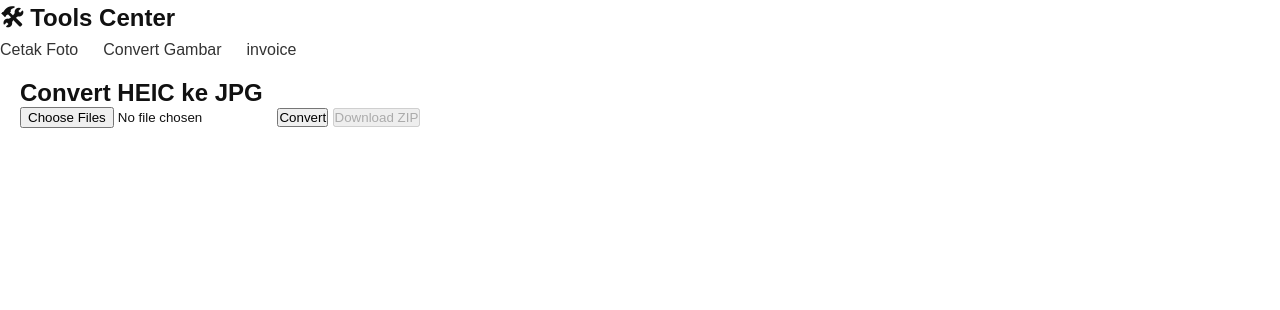
Repository: procinema22/hiisedulurfc
Page: hesedulur-main/convert-image.html
The author's editor kept a copy of each file at every save. The page is drawn from the files as they stood at one save, then again after the next save.
The browser window is 1280 px wide. The pictures show the whole page.

Above is the page before, as saved 2026-04-23 23:10:44.

After the next save:
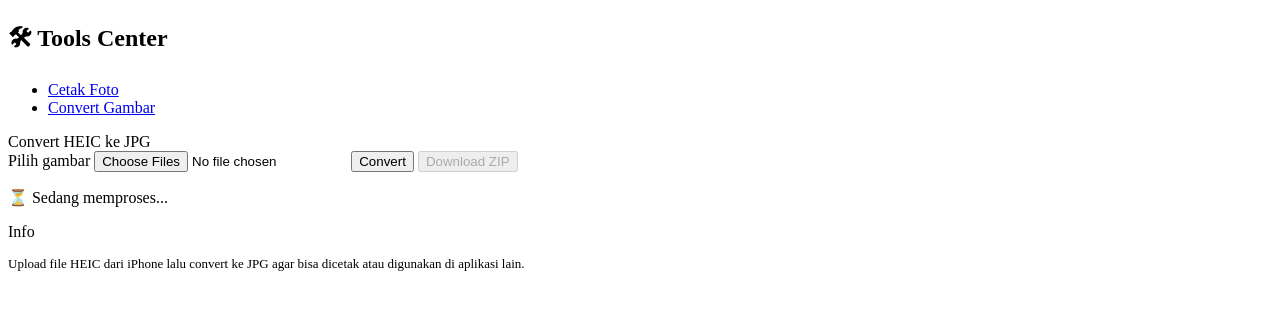
Not found: hesedulur-main/convert.css
Not found: hesedulur-main/convert.js
Saved 23 s later.
--- a/hesedulur-main/convert-image.html
+++ b/hesedulur-main/convert-image.html
@@ -1,116 +1,76 @@
 <!DOCTYPE html>
 <html lang="id">
+
 <head>
 <meta charset="UTF-8">
 <title>Convert HEIC ke JPG</title>
-<link rel="stylesheet" href="style.css">
-
-<style>
-.convert-box{
-  padding:20px;
-}
-.preview-grid{
-  display:grid;
-  grid-template-columns:repeat(auto-fill,150px);
-  gap:12px;
-  margin-top:20px;
-}
-.card{
-  background:#111d38;
-  padding:10px;
-  border-radius:10px;
-}
-.card img{
-  width:100%;
-  border-radius:6px;
-}
-#loadingImg{
-  display:none;
-  margin-top:10px;
-  color:#22c55e;
-}
-</style>
+<link rel="stylesheet" href="convert.css">
 </head>
 
 <body>
 
-<nav class="navbar">
-  <div class="nav-container">
-    <h1 class="logo">🛠 Tools Center</h1>
-    <ul class="nav-links">
+<header>
+
+  <div class="logo">
+    <h2>🛠 Tools Center</h2>
+  </div>
+
+  <nav>
+    <ul>
       <li><a href="index.html">Cetak Foto</a></li>
       <li><a href="convert-image.html">Convert Gambar</a></li>
-      <li><a href="invoice/invoce.html">invoice</a></li>
     </ul>
-  </div>
-</nav>
+  </nav>
+
+</header>
+
 
 <div class="layout">
+
+  <!-- LEFT PANEL -->
   <aside class="left-panel convert-box">
-      <h2>Convert HEIC ke JPG</h2>
+
+      <div class="section-title">Convert HEIC ke JPG</div>
+
+      <label>Pilih gambar</label>
       <input type="file" id="imgInput" multiple accept=".heic,.heif,image/*">
+
       <button id="convertImg" class="btn green">Convert</button>
       <button id="zipImg" class="btn purple" disabled>Download ZIP</button>
+
       <p id="loadingImg">⏳ Sedang memproses...</p>
+
   </aside>
 
+
+  <!-- CENTER PANEL -->
   <section class="center-panel">
+
       <div class="preview-grid" id="resultImg"></div>
+
   </section>
+
+
+  <!-- RIGHT PANEL (kosong supaya layout tidak rusak) -->
+  <aside class="right-panel">
+
+      <div class="section-title">Info</div>
+
+      <p style="font-size:13px;color:var(--muted);line-height:1.6">
+      Upload file HEIC dari iPhone lalu convert ke JPG agar bisa dicetak
+      atau digunakan di aplikasi lain.
+      </p>
+
+  </aside>
+
 </div>
+
 
 <script src="https://cdn.jsdelivr.net/npm/heic2any/dist/heic2any.min.js"></script>
 <script src="https://cdn.jsdelivr.net/npm/jszip"></script>
 <script src="https://cdn.jsdelivr.net/npm/file-saver"></script>
 
-<script>
-let convertedImgs = [];
-
-document.getElementById("convertImg").onclick = async ()=>{
- let files = document.getElementById("imgInput").files;
- let result = document.getElementById("resultImg");
- let loading = document.getElementById("loadingImg");
- let zipBtn = document.getElementById("zipImg");
-
- if(!files.length) return alert("Pilih gambar dulu");
-
- result.innerHTML = "";
- convertedImgs = [];
- loading.style.display="block";
-
- for(let f of files){
-   try{
-     const blob = await heic2any({ blob:f, toType:"image/jpeg", quality:0.9 });
-     const url = URL.createObjectURL(blob);
-     const fileName = f.name.replace(/\.heic/gi,"") + ".jpg";
-
-     convertedImgs.push({name:fileName, blob});
-
-     result.innerHTML += `
-       <div class="card">
-        <img src="${url}">
-        <a href="${url}" download="${fileName}">
-          <button class="btn blue" style="margin-top:6px">Download</button>
-        </a>
-       </div>
-     `;
-   }catch(e){
-     alert("Gagal convert "+f.name);
-   }
- }
-
- loading.style.display="none";
- zipBtn.disabled = convertedImgs.length === 0;
-};
-
-document.getElementById("zipImg").onclick = ()=>{
- const zip = new JSZip();
- convertedImgs.forEach(f=> zip.file(f.name,f.blob));
- zip.generateAsync({type:"blob"}).then(file=>{
-  saveAs(file,"Image-Converted.zip");
- });
-};
-</script>
+<script src="convert.js"></script>
 
 </body>
 </html>
